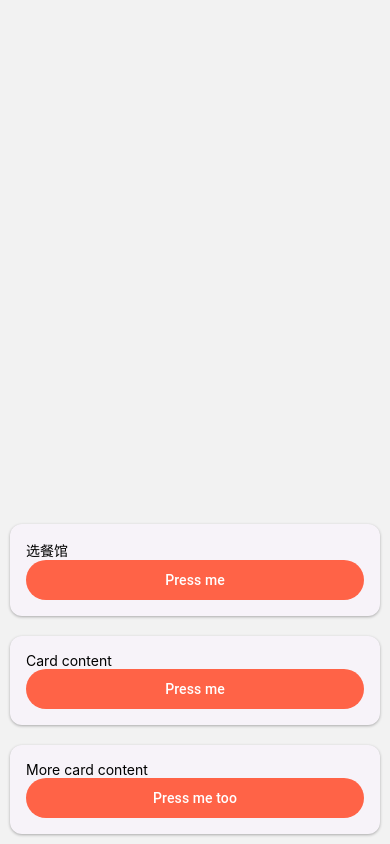
Repository: RidenShogunei/react-native-liveapp
Page: / (app in LiveTool/)
An editor plug-in stored every save of this project. The page is shown before and after the next save, followed by the edit.
The browser window is 390 px wide. The pictures show the whole page.
The page's requests for data from a server got no answer. The app was drawn by React Native's web renderer in a window 390 px wide. The project was rebuilt for these pictures with package versions that can differ from the ones it lists, and the page was loaded fresh each time. No one was signed in, and anything a server would have sent is missing.

Above is the page before, as saved 2024-05-12 12:26:37.

### LiveTool/App.tsx
import React from 'react';
import {NavigationContainer} from '@react-navigation/native';
import {createStackNavigator} from '@react-navigation/stack';
import MainPage from './pages/mian';
import { PaperProvider } from 'react-native-paper';
import { MD3LightTheme as DefaultTheme} from 'react-native-paper';
// 创建一个 Stack Navigator
const Stack = createStackNavigator();
const theme = {
  ...DefaultTheme,
  colors: {
    ...DefaultTheme.colors,
    primary: 'tomato',
    secondary: 'yellow',
  },
};
function App() {
  return (
    <PaperProvider theme={theme}>
    <NavigationContainer>
      <Stack.Navigator initialRouteName="Main">
        <Stack.Screen
          name="Main"
          component={MainPage}
          options={{ headerShown: false }}
        />
      </Stack.Navigator>
    </NavigationContainer>
    </PaperProvider>
  );
}

export default App;

### LiveTool/pages/mian.tsx
import React, {useState, useEffect} from 'react';
import {View, Text, ScrollView, Dimensions, StyleSheet} from 'react-native';
import {Card, Button} from 'react-native-paper';
import {Picker} from '@react-native-picker/picker';
const {width: viewportWidth} = Dimensions.get('window');

function MainPage() {
  const [weather, setWeather] = useState(null);
  const [city, setCity] = useState(101010100);
  useEffect(() => {
    fetch(
      `https://devapi.qweather.com/v7/weather/now?location=${city}&key=acfa15e64b854efcb254f98a8b29568e`,
    )
      .then(response => {
        console.log('Response status:', response.status);
        return response.json();
      })
      .then(data => {
        console.log('Weather data:', data);
        setWeather(data);
      })
      .catch(error => {
        console.error('Error fetching weather data:', error);
      });
  }, [city]);

  return (
    <ScrollView contentContainerStyle={{flexGrow: 1}}>
      <ScrollView
        horizontal
        pagingEnabled
        showsHorizontalScrollIndicator={false}
        contentContainerStyle={{
          alignItems: 'center',
          justifyContent: 'center',
        }}>
        {weather && (
          <Card style={{width: viewportWidth}}>
            <Card.Content>
              <Text style={styles.text}>实时天气</Text>
              <Picker
                selectedValue={city}
                style={{
                  height: 50,
                  width: 150,
                  borderWidth: 1,
                  borderColor: '#000',
                  shadowColor: '#000',
                  shadowOffset: {width: 0, height: 2},
                  shadowOpacity: 0.8,
                  shadowRadius: 2,
                  elevation: 1,
                }}
                onValueChange={(itemValue, itemIndex) => setCity(itemValue)}>
                <Picker.Item label="北京" value="101010100" />
                <Picker.Item label="上海" value="101020100" />
                <Picker.Item label="嘉定" value="101020500" />
                {/* 更多城市省略... */}
              </Picker>
              <Text>{`Temperature: ${weather.now.temp}度`}</Text>
              <Text>{`Feels Like: ${weather.now.feelsLike}度`}</Text>
              <Text>{`Weather: ${weather.now.text}`}</Text>
              <Text>{`Wind Direction: ${weather.now.windDir}`}</Text>
              <Text>{`Wind Scale: ${weather.now.windScale}级`}</Text>
            </Card.Content>
          </Card>
        )}
      </ScrollView>

      <View>
        <Card style={{margin: 10}}>
          <Card.Content>
            <Text>选餐馆</Text>
            <Button
              mode="contained"
              onPress={() => console.log('Button pressed')}>
              Press me
            </Button>
          </Card.Content>
        </Card>
        <Card style={{margin: 10}}>
          <Card.Content>
            <Text>Card content</Text>
            <Button
              mode="contained"
              onPress={() => console.log('Button pressed')}>
              Press me
            </Button>
          </Card.Content>
        </Card>
        <Card style={{margin: 10}}>
          <Card.Content>
            <Text>More card content</Text>
            <Button
              mode="contained"
              onPress={() => console.log('Another button pressed')}>
              Press me too
            </Button>
          </Card.Content>
        </Card>
        {/* 更多的 Card... */}
      </View>
    </ScrollView>
  );
}
const styles = StyleSheet.create({
  container: {
    flex: 1,
    backgroundColor: '#fff',
    alignItems: 'center',
    justifyContent: 'center',
  },
  text: {
    textAlign: 'center',
    fontSize: 20,
  },
});
export default MainPage;

After the next save:
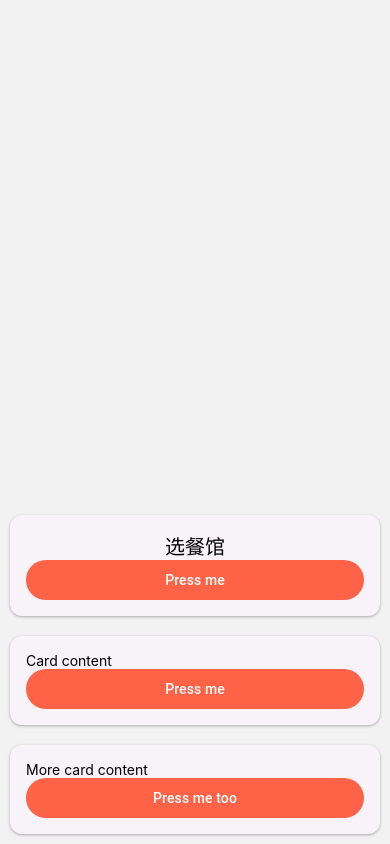
Saved 18 s later.
--- a/LiveTool/pages/mian.tsx
+++ b/LiveTool/pages/mian.tsx
@@ -70,7 +70,7 @@ function MainPage() {
       <View>
         <Card style={{margin: 10}}>
           <Card.Content>
-            <Text>选餐馆</Text>
+            <Text style={styles.text}>选餐馆</Text>
             <Button
               mode="contained"
               onPress={() => console.log('Button pressed')}>
